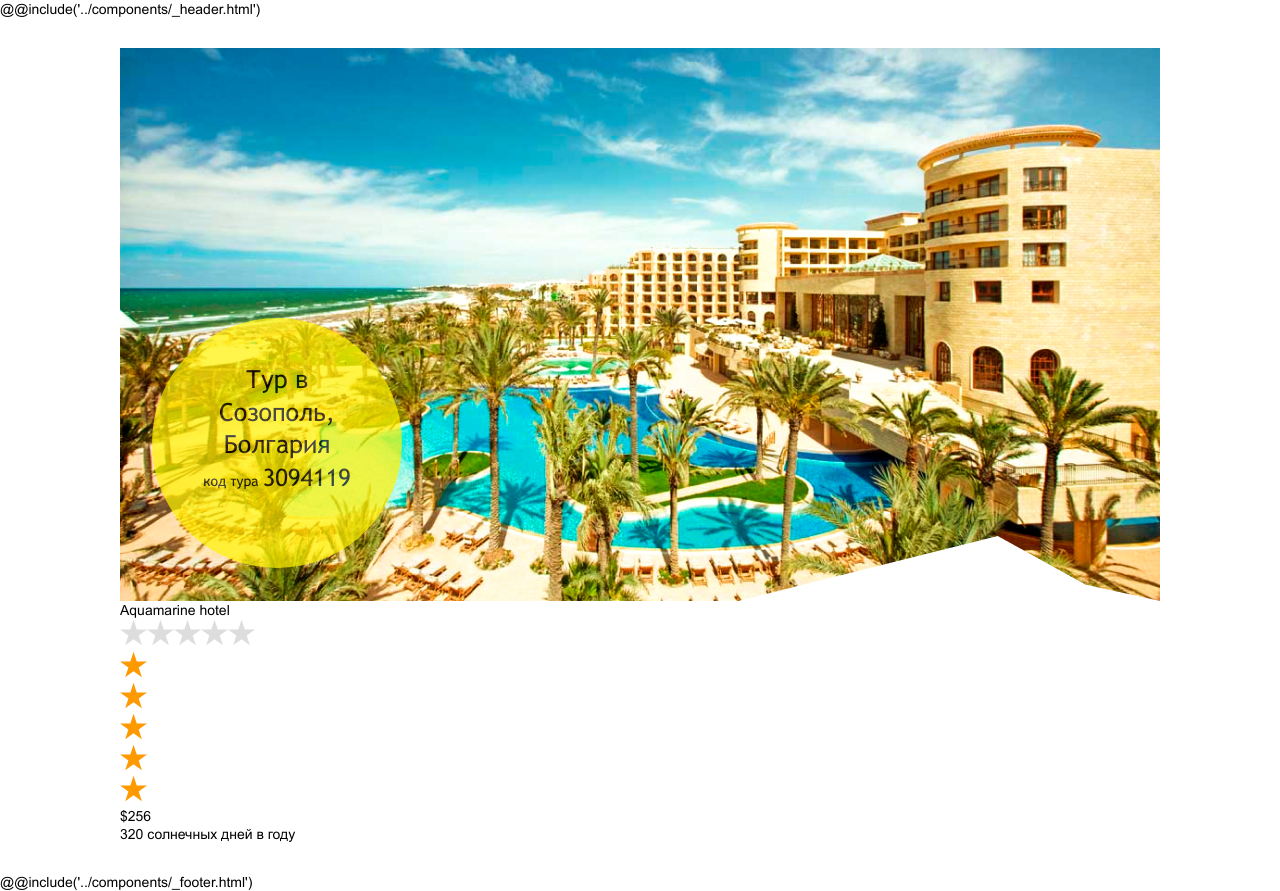
Repository: chekhunov/suntour
Page: app/html/pages/index.html
These files come from the project's save history. The page is drawn as it stood at one moment and after the next save; the edit follows.
The browser window is 1280 px wide. The pictures show the whole page.
Some web fonts or font styles are not loaded; a fallback is used. The style sheet was rebuilt from its Sass, Less or Tailwind sources for each picture, by a compiler version that may differ from the author's.

Above is the page before, as saved 2021-03-04 13:24:30.

### app/html/pages/index.html
<!DOCTYPE html>
<html lang="en">

<head>
  <meta charset="UTF-8">
  <meta name="viewport" content="width=device-width, initial-scale=1.0">
  <title>SunTour</title>
  <link rel="stylesheet" href="css/style.min.css?v=0.1">
</head>

<body>

  @@include('../components/_header.html')

  <main class="main">

    <section class="content">

      <div class="container">

        <article class="card-hotel" href="#">

          <div class="card-hotel__image" style="background-image: url('images/content/card-hotelbg.jpg');">

            <div class="card-hotel__box">

              <div class="card-hotel__tour">

                <span class="card-hotel__title-tour">
                  Тур в Созополь, Болгария
                </span>

                <div class="card-hotel__code-tour">

                  код тура

                  <span class="card-hotel__code">

                    3094119

                  </span>

                </div>

              </div>

            </div>

          </div>

          <div class="card-hotel__content">

            <div class="card-hotel__item">

              <span class="card-hotel__title">

                Aquamarine hotel

              </span>

              <div class="star"></div>

              <span class="price">

                $256

              </span>

            </div>

            <div class="card-hotel__item">



            </div>

            <div class="card-hotel__sunday">

              <span class="card-hotel__day">

                320

              </span>

              солнечных дней в году

            </div>

          </div>


        </article>

      </div>

    </section>

  </main>

  @@include('../components/_footer.html')

  <script src="js/main.min.js"></script>

</body>

</html>

### app/scss/style.scss
@import 'vars';  //переменные для цвета для шрифта
@import 'fonts'; // подключение шрифтов
@import 'reset'; //сброс всех стилей
@import 'global'; // подключение глобальных стилей типо reset.css, то что на body для сылок
// @import 'media'; // адаптив
@import "mixins";

@import "components/header";
@import "components/card-hotel";
@import "home/home";

### app/scss/_vars.scss

%arial-400 {
  font-family: "Arial-Regular", sans-serif;
  font-weight: 400;
}

%arial-700 {
  font-family: "Arial-bold", sans-serif;
  font-weight: 700;
}

%trebuchetMS-700 {
  font-family: "TrebuchetMS-bold", sans-serif;
  font-weight: 700;
}

### app/scss/_fonts.scss
@font-face {
  font-family: "Arial-regular";
  font-weight: 400;
  font-style: normal;
  src: url("../fonts/Arial.woff2") format("woff2"),
    url("../fonts/Arial.woff") format("woff");
  font-display: swap; //самое оптимальное для пользователя при прогрузке шрифтов
}

@font-face {
  font-family: "Arial-bold";
  font-weight: 700;
  font-style: normal;
  src: url("../fonts/Arial.woff2") format("woff2"),
    url("../fonts/Arial.woff") format("woff");
  font-display: swap; //самое оптимальное для пользователя при прогрузке шрифтов
}

@font-face {
  font-family: "TrebuchetMS-bold";
  font-weight: 700;
  font-style: normal;
  src: url("../fonts/TrebuchetMS.woff2") format("woff2"),
    url("../fonts/TrebuchetMS.woff") format("woff");
  font-display: swap; //самое оптимальное для пользователя при прогрузке шрифтов
}

### app/scss/_reset.scss
/* Указываем box sizing */
/* плавный скроллинг по сайту */
/* scroll-behavior: smooth;  */
html {
  box-sizing: border-box;
}

*,
*::after,
*::before {
  box-sizing: inherit;
}

// только у них будет padding 0 если класса у них нет тогда padding будет не 0
ul,
ol {
  padding: 0;
}

/* Убираем внешние отступы */
body,
h1,
h2,
h3,
h4,
p,
ul[class],
ol[class],
li,
figure,
figcaption,
blockquote{
  margin: 0;
}

/* Выставляем основные настройки по-умолчанию для body */
body {
  min-height: 100vh;
  scroll-behavior: smooth;
  text-rendering: optimizeSpeed;
  line-height: 1.3;
}

/* Удаляем стандартную стилизацию для всех ul и il, у которых есть атрибут class*/
ul,
ol{
  list-style: none;
}

a {
  text-decoration: none;
}

/* Элементы a, у которых нет класса, сбрасываем до дефолтных стилей */
a:not([class]) {
  text-decoration-skip-ink: auto;
}

/* Упрощаем работу с изображениями */
img {
  max-width: 100%;
  display: block;
}

/* Указываем понятную периодичность в потоке данных у article*/
// article > * + * {
//   margin-top: 1em;
// }

/* Наследуем шрифты для инпутов и кнопок */
input,
button,
textarea,
select {
  font: inherit;
}

/* Удаляем все анимации и переходы для людей, которые предпочитай их не использовать */
@media (prefers-reduced-motion: reduce) {
  * {
    animation-duration: 0.01ms !important;
    animation-iteration-count: 1 !important;
    transition-duration: 0.01ms !important;
    scroll-behavior: auto !important;
  }
}

address {
  font-style: normal;
}

### app/scss/_global.scss
@import "mixins";

html,
body {
  height: 100%;
}

body {
  display: flex;
  flex-direction: column;
  font-size: 14px;
  color: black;
  background-color: white;
  @extend %arial-400;
}

// main {
//   @include _1200 {
//     position: relative;
//     transition: 0.5s;
//     z-index: 0;

//     &.main--active {
//       transform: translateX(-20%);
//     }
//   }

//   @include _560 {
//     top: 0;
//     &.main--active {
//       transform: translateX(-30%);
//     }
//   }
// }

.container {
  max-width: 1070px;
  margin: 0 auto;
  padding: 0 15px;
}

.main {
  flex-grow: 1;
}

a,
button {
  outline: transparent;
  cursor: pointer;
}

.uppercase {
  text-transform: uppercase;
}

.logo {
  &__img {
    max-width: 179px;
    max-height: 44px;
    object-fit: cover;
  }
}

### app/scss/_mixins.scss

@mixin _1500 {
  @media (max-width: 1500px) {
    @content;
  }
}

@mixin _1200 {
  @media (max-width: 1200px) {
    @content;
  }
}


@mixin _1024 {
  @media (max-width: 1024px) {
    @content;
  }
}

@mixin _860 {
  @media (max-width: 860px) {
    @content;
  }
}

@mixin _768 {
  @media (max-width: 768px) {
    @content;
  }
}


@mixin _560 {
  @media (max-width: 560px) {
    @content;
  }
}

@mixin _425 {
  @media (max-width: 425px) {
    @content;
  }
}

### app/scss/components/_header.scss
.header {
  width: 100%;
  height: 104px;
  padding: 30px 0;
  background-color: #00BFF3;
}

### app/scss/components/_card-hotel.scss
.card-hotel {
  &__image {
    max-width: 1040px;
    min-height: 553px;
    display: flex;
    justify-content: left;
    align-items: flex-end;
    background-repeat: no-repeat;
    background-position: top center;
    background-size: cover;
    object-fit: cover;
  }

  &__box {
    width: 250px;
    height: 250px;
    margin-left: 32px;
    margin-bottom: 33px;
    display: flex;
    justify-content: center;
    align-items: center;
    background-color: #FFF200;
    opacity: 0.7;
    border-radius: 150px;
  }

  &__tour {
    width: 169px;
    height: 158px;
    font-size: 25px;
    text-align: center;
    @extend %trebuchetMS-700;
  }

  &__code-tour {
    font-size: 14px;
  }

  &__code {
    font-size: 24px;
  }
}

### app/scss/home/_home.scss
@import "home/content";

### app/scss/home/_content.scss

.content {
  padding: 30px 0;
}

Loaded but not shown: app/js/main.min.js (library)

After the next save:
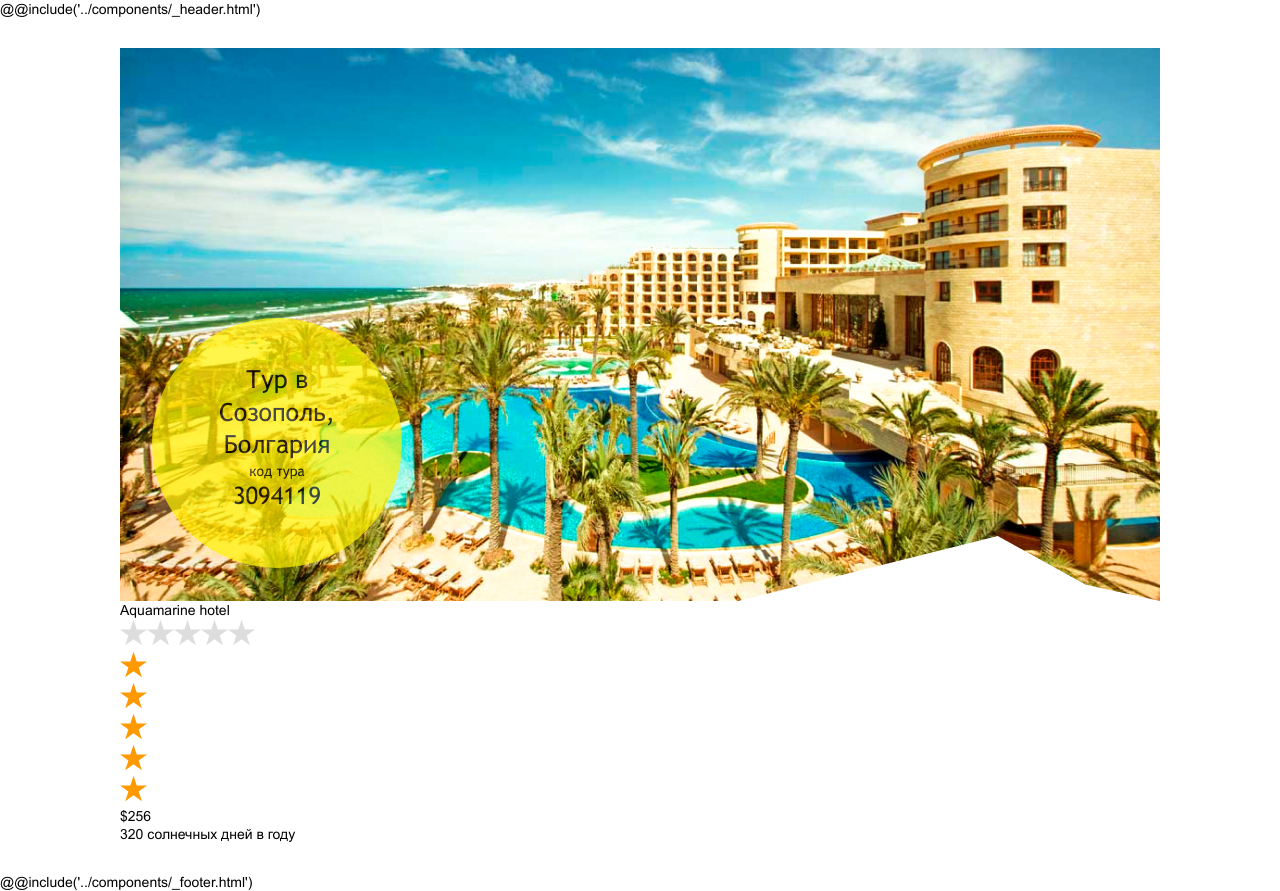
Saved 23 s later.
--- a/app/scss/components/_card-hotel.scss
+++ b/app/scss/components/_card-hotel.scss
@@ -33,6 +33,8 @@
   }
 
   &__code-tour {
+    display: flex;
+    flex-direction: column;
     font-size: 14px;
   }
 
